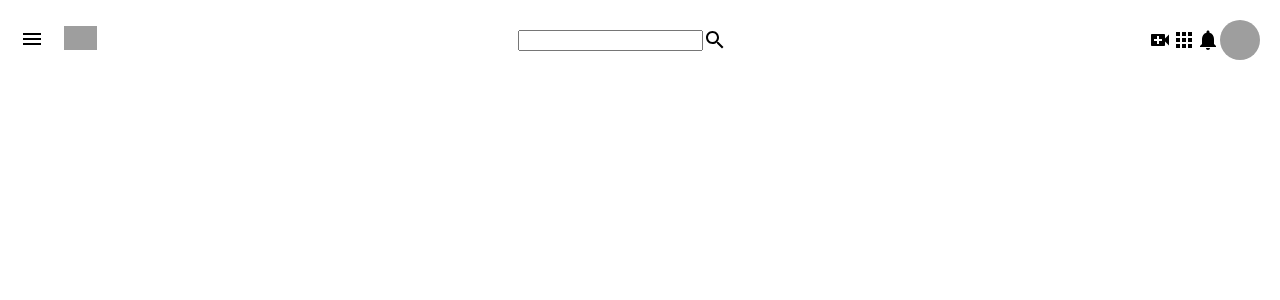
Repository: SubhashiniSundaresan/youtube-clone
Page: /
The author's editor kept a copy of each file at every save. The page is drawn from the files as they stood at one save, then again after the next save.
The browser window is 1280 px wide. The pictures show the whole page.
Pictures or frames that could not be fetched are drawn as grey boxes. The project was rebuilt for these pictures with package versions that can differ from the ones it lists, and the page was loaded fresh each time. Also part of the build but not shown: src/App.css.

Above is the page before, as saved 2020-12-23 14:38:57.

After the next save:
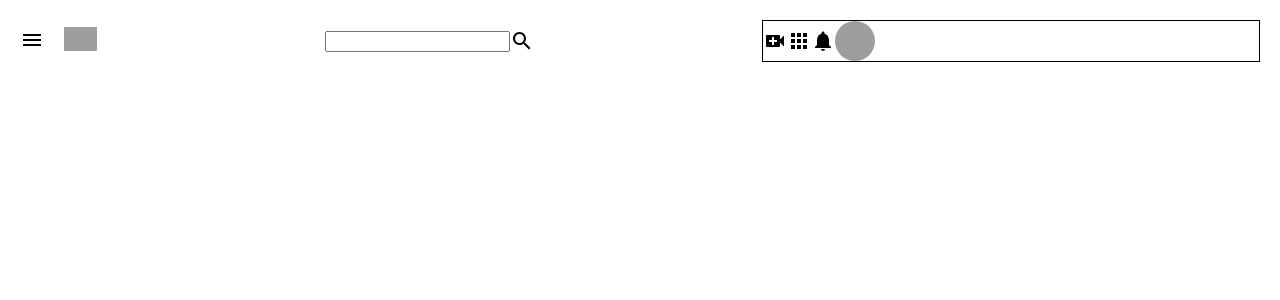
Saved 37 s later.
--- a/src/Header.css
+++ b/src/Header.css
@@ -14,6 +14,8 @@
 .header__icons {
     display: flex;
 align-items: center;
+width: 40%;
+border: 1px solid black;
 }
 
 .header__input {
